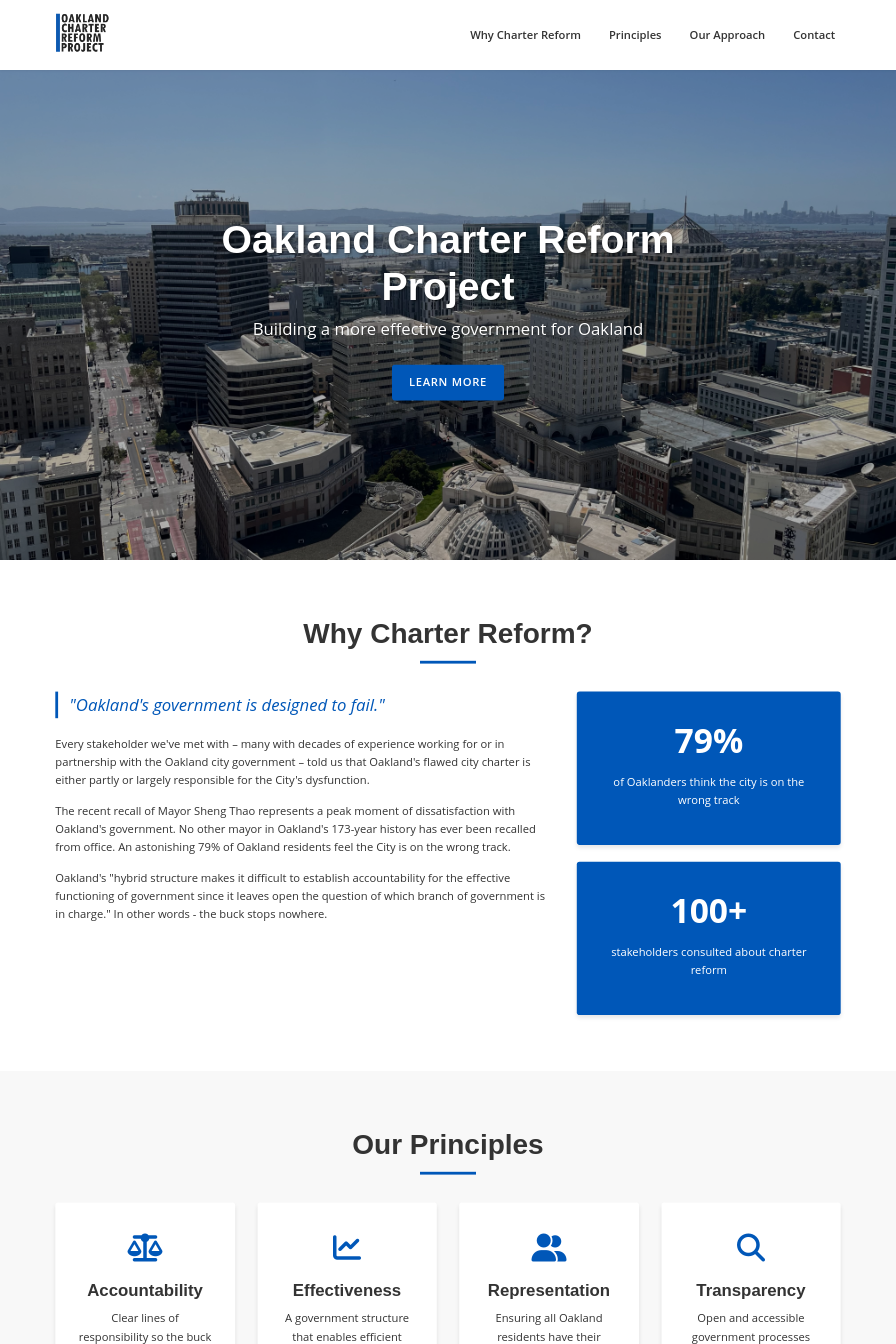
Repository: bgould132/oaklandcharterreform
Page: index.html
An editor plug-in stored every save of this project. The page is shown before and after the next save, followed by the edit.
The browser window is 1280 px wide. The pictures show the part of the page from y = 0 to 1920 px (the page is 5236 px tall before and 5663 px after), at 70% of full size.

Above is the page before, as saved 2025-04-07 09:57:11.

After the next save:
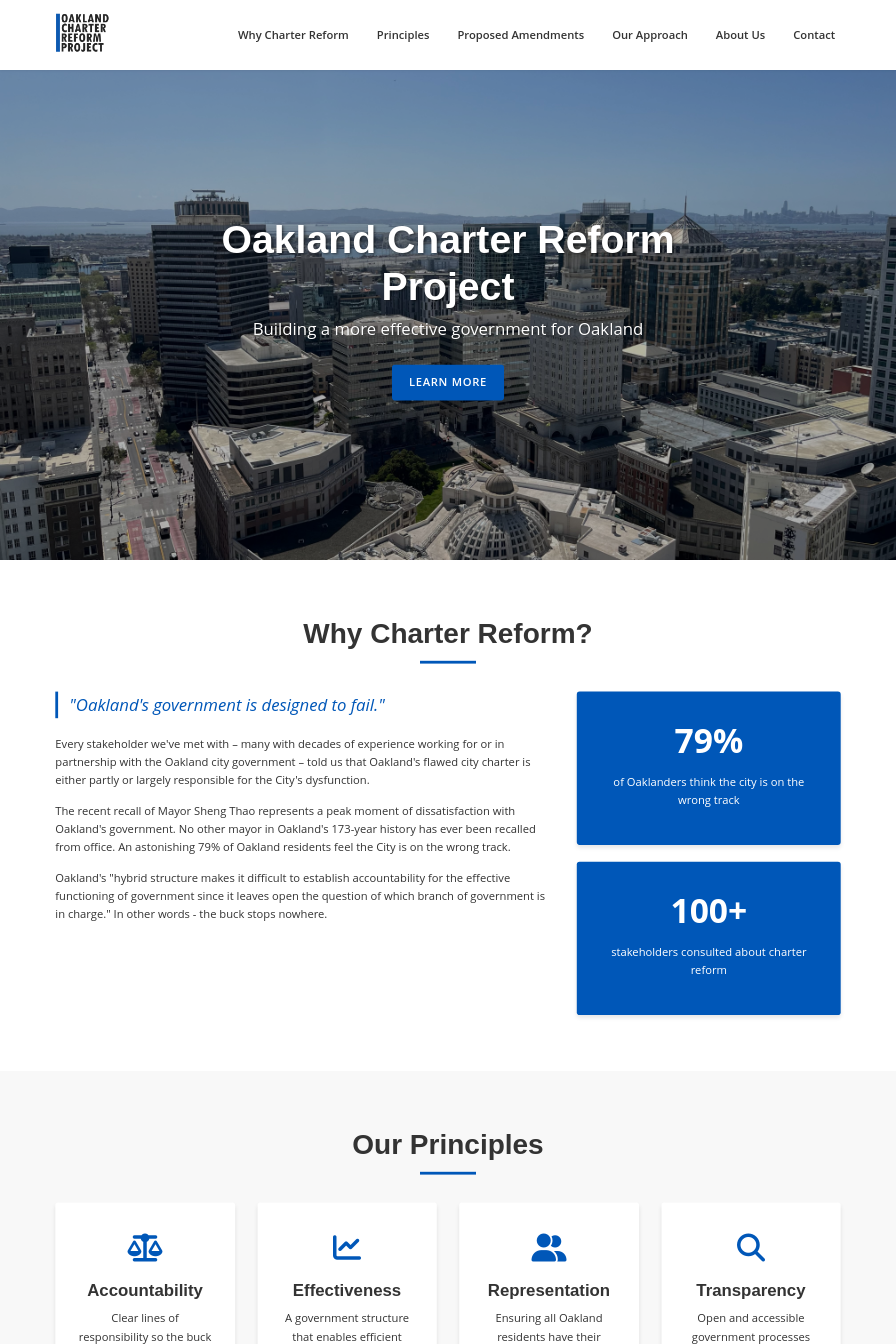
Saved 20 s later.
--- a/index.html
+++ b/index.html
@@ -24,7 +24,9 @@
                 <ul id="main-menu" class="nav-menu">
                     <li><a href="#why-charter-reform">Why Charter Reform</a></li>
                     <li><a href="#principles">Principles</a></li>
+                    <li><a href="#proposed-amendments">Proposed Amendments</a></li>
                     <li><a href="#our-approach">Our Approach</a></li>
+                    <li><a href="about.html">About Us</a></li>
                     <li><a href="#contact">Contact</a></li>
                 </ul>
             </nav>
@@ -242,14 +244,12 @@
                 </div>
                 <div class="footer-text">
                     <p>&copy; 2025 Oakland Charter Reform Project. All rights reserved.</p>
-                    <p>In the spirit of a better Oakland,<br>
-                    Steven Falk, Ben Gould, and Nancy Falk<br>
-                    Oakland Charter Reform Project Organizers</p>
-                </div>
-                <div class="footer-social">
-                    <a href="#" aria-label="Follow us on Twitter"><i class="fab fa-twitter"></i></a>
-                    <a href="#" aria-label="Follow us on Facebook"><i class="fab fa-facebook-f"></i></a>
-                    <a href="#" aria-label="Follow us on Instagram"><i class="fab fa-instagram"></i></a>
+                    <p>In the spirit of a better Oakland,</p>
+                    <div class="signature">
+                        <img src="images/steve and ben and nancy signature.jpg" alt="Signatures of Steven Falk, Ben Gould, and Nancy Falk" class="signature-img">
+                        <p>Steven Falk, Ben Gould, and Nancy Falk<br>
+                        Oakland Charter Reform Project Organizers</p>
+                    </div>
                 </div>
             </div>
         </div>
